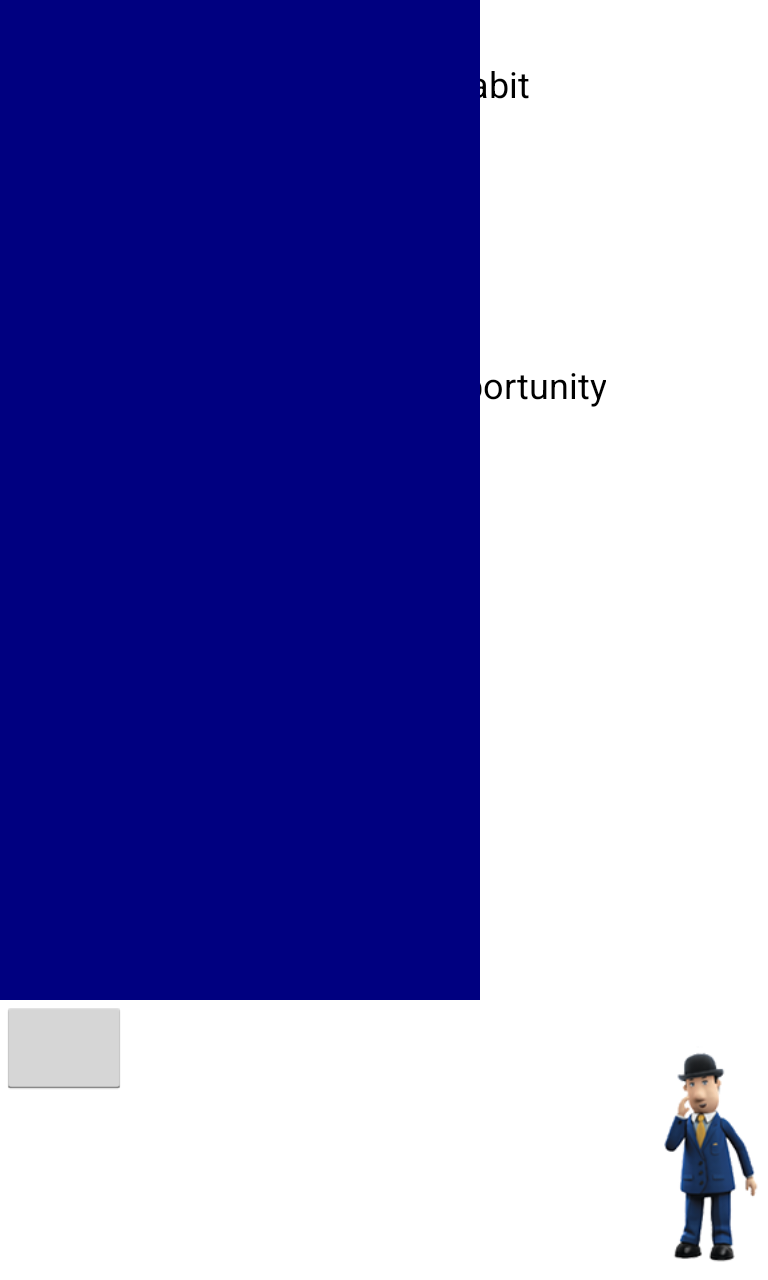
Repository: derek-zhan/RBCPrototypeChallenge
Layout: RBCPrototype/res/layout/activity_menu.xml
These files come from the project's save history. The layout is drawn as it stood at one moment and after the next save; the edit follows.
It is drawn on a 768 x 1280 px phone screen (xhdpi) without system bars, with theme AppTheme; the app's code is not run. Lists and similar views that code fills are empty.

Above is the layout before, as saved 2014-06-03 21:57:03.

### RBCPrototype/res/layout/activity_menu.xml
<android.support.v4.widget.DrawerLayout xmlns:android="http://schemas.android.com/apk/res/android"
    android:id="@+id/drawer_layout"
    android:layout_width="match_parent"
    android:layout_height="match_parent" >



    <RelativeLayout
       xmlns:tools="http://schemas.android.com/tools"
       android:layout_width="match_parent"
       android:layout_height="match_parent"
       android:id="@+id/menu_relative_layout"
    >
    	<Button
    		android:id="@+id/analyzing_button"
    		android:layout_marginLeft="50dp"
    		android:layout_marginTop="10dp"
    		android:layout_width="wrap_content"
    		android:layout_height="wrap_content"
    		android:layout_alignParentLeft="true"
    		android:drawableLeft="@drawable/icon_analyzing"
    		android:background="@null"
    		android:text="@string/analyzing_button_text"/>
    	<Button
    		android:id="@+id/cashflow_button"
    		android:layout_marginLeft="50dp"
    		android:layout_marginTop="10dp"
    		android:layout_width="wrap_content"
    		android:layout_height="wrap_content"
    		android:layout_below="@id/analyzing_button"
    		android:layout_alignParentLeft="true"
    		android:drawableLeft="@drawable/icon_cashflow"
    		android:background="@null"
    		android:text="@string/cashflow_button_text"/>
    	<Button
    		android:id="@+id/expenses_button"
    		android:layout_marginLeft="50dp"
    		android:layout_marginTop="10dp"
    		android:layout_width="wrap_content"
    		android:layout_height="wrap_content"
    		android:layout_below="@id/cashflow_button"
    		android:layout_alignParentLeft="true"
    		android:drawableLeft="@drawable/icon_expenses"
    		android:background="@null"
    		android:text="@string/expenses_button_text"/>
    	<Button
    		android:id="@+id/suggestions_button"
    		android:layout_marginLeft="50dp"
    		android:layout_marginTop="10dp"
    		android:layout_width="wrap_content"
    		android:layout_height="wrap_content"
    		android:layout_below="@id/expenses_button"
    		android:layout_alignParentLeft="true"
    		android:drawableLeft="@drawable/icon_suggestions"
    		android:background="@null"
    		android:text="@string/suggestions_button_text"/>
    	<ImageButton
        android:id="@+id/rbc_man"
        android:layout_width="wrap_content"
        android:layout_height="wrap_content"
        android:layout_alignParentRight="true"
        android:layout_alignParentBottom="true"
        android:src="@drawable/whisper_arbie"
        android:background="@null"/>


    </RelativeLayout>
    <FrameLayout
        android:id="@+id/content_frame"
        android:layout_width="match_parent"
        android:layout_height="match_parent" />

    <RelativeLayout
        android:layout_width="match_parent"
        android:layout_height="match_parent"
        >

    <ListView
        android:id="@+id/left_drawer"
        android:layout_width="240dp"
        android:layout_height="500dp"
        android:layout_gravity="start"
        android:background="@color/navy"
        android:choiceMode="singleChoice"
        android:divider="@android:color/transparent"
        android:dividerHeight="0dp" />

    <Button
        android:layout_width="wrap_content"
        android:layout_height="wrap_content"
        android:layout_below="@+id/left_drawer"
    />

    </RelativeLayout>

</android.support.v4.widget.DrawerLayout>

### RBCPrototype/res/values/strings.xml
<?xml version="1.0" encoding="utf-8"?>
<resources>

    <string name="app_name">RBCPrototype</string>
    <string name="hello_world">Hello world!</string>
    <string name="action_settings">Settings</string>
    <string name="title_activity_main">MainActivity</string>
    <string name="app_id">487693571361090</string>
    <string name="title_activity_menu">Pages</string>
    <string name="analyzing_button_text">My Spending Habit</string>
    <string name="cashflow_button_text">Cash Flow</string>
    <string name="expenses_button_text">Investment Opportunity</string>
    <string name="suggestions_button_text">Others</string>


    <string-array name="navigation_drawer_items_array">
        <item>Pages</item>
        <item>My Spending Habit</item>
        <item>Cash Flow</item>
        <item>Investment Oppoturnity</item>
    </string-array>

    <string name="title_section1">Section 1</string>
    <string name="title_section2">Section 2</string>
    <string name="title_section3">Section 3</string>
    <string name="drawer_open">Open navigation drawer</string>
    <string name="drawer_close">Close navigation drawer</string>
    <string name="action_example">Example action</string>

</resources>

### RBCPrototype/res/values/color.xml
<?xml version="1.0" encoding="utf-8"?>
<resources>

 <color name="white">#FFFFFF</color>
 <color name="yellow">#FFFF00</color>
 <color name="fuchsia">#FF00FF</color>
 <color name="red">#FF0000</color>
 <color name="silver">#C0C0C0</color>
 <color name="gray">#808080</color>
 <color name="olive">#808000</color>
 <color name="purple">#800080</color>
 <color name="maroon">#800000</color>
 <color name="aqua">#00FFFF</color>
 <color name="lime">#00FF00</color>
 <color name="teal">#008080</color>
 <color name="green">#008000</color>
 <color name="blue">#0000FF</color>
 <color name="navy">#000080</color>
 <color name="black">#000000</color>



</resources>

Loaded but not shown: RBCPrototype/res/values/styles.xml (common file); RBCPrototype/res/values-v11/styles.xml (common file); RBCPrototype/res/values-v14/styles.xml (common file)

After the next save:
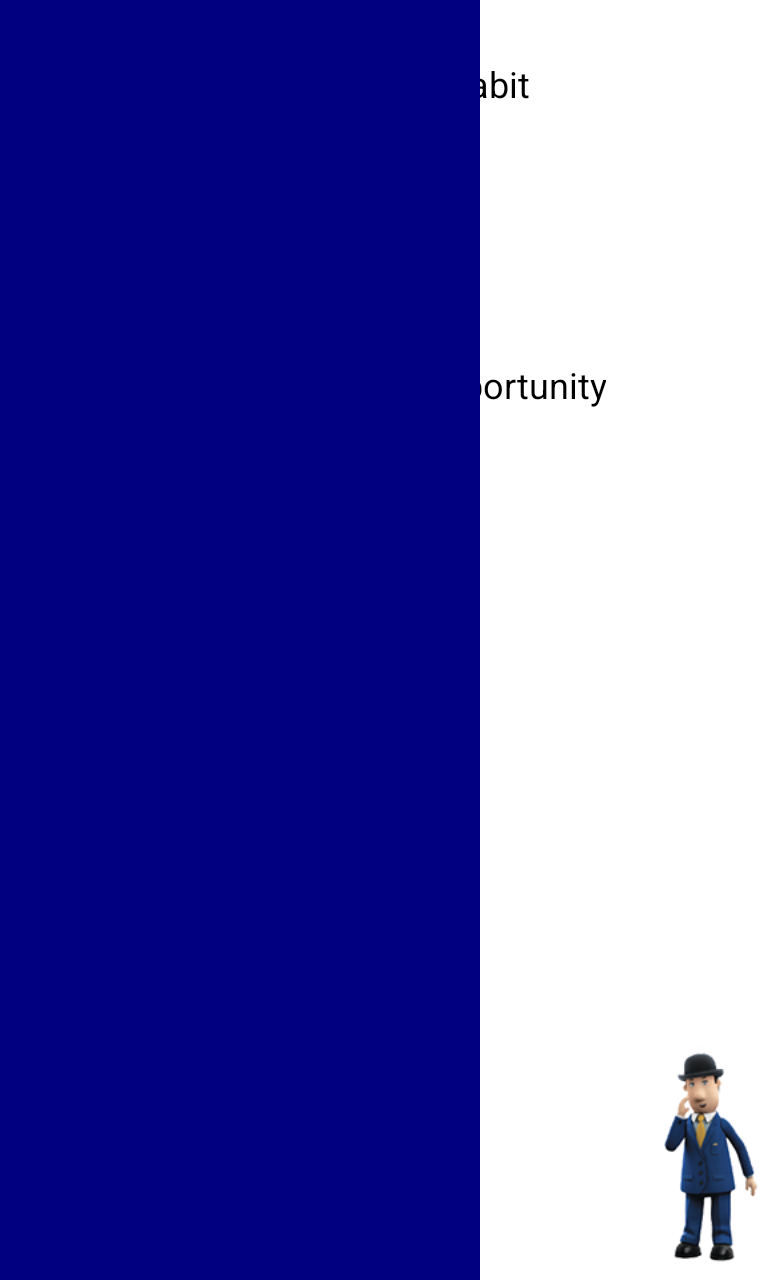
Saved 11 s later.
--- a/RBCPrototype/res/layout/activity_menu.xml
+++ b/RBCPrototype/res/layout/activity_menu.xml
@@ -78,7 +78,7 @@
     <ListView
         android:id="@+id/left_drawer"
         android:layout_width="240dp"
-        android:layout_height="500dp"
+        android:layout_height="match_parent"
         android:layout_gravity="start"
         android:background="@color/navy"
         android:choiceMode="singleChoice"
